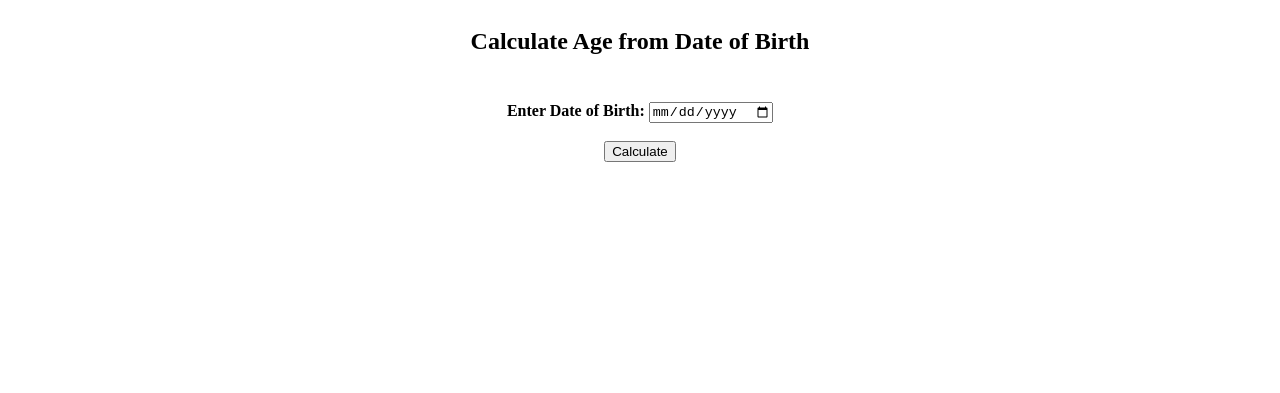
Repository: HoangDuy315/web-dev2022
Page: hw151022/ex2/ex2.4/index.html
An editor plug-in stored every save of this project. The page is shown before and after the next save, followed by the edit.
The browser window is 1280 px wide. The pictures show the whole page.

Above is the page before, as saved 2022-10-15 15:21:41.

After the next save:
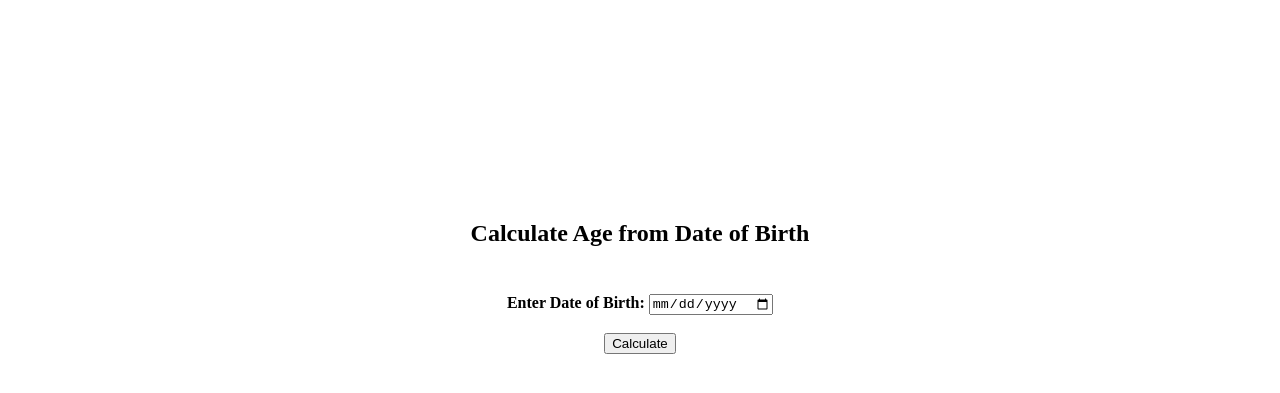
Saved 6 s later.
--- a/hw151022/ex2/ex2.4/style.css
+++ b/hw151022/ex2/ex2.4/style.css
@@ -3,4 +3,5 @@ body {
   align-items: center;
   justify-content: center;
   flex-direction: column;
+  margin-top: 200px;
 }
